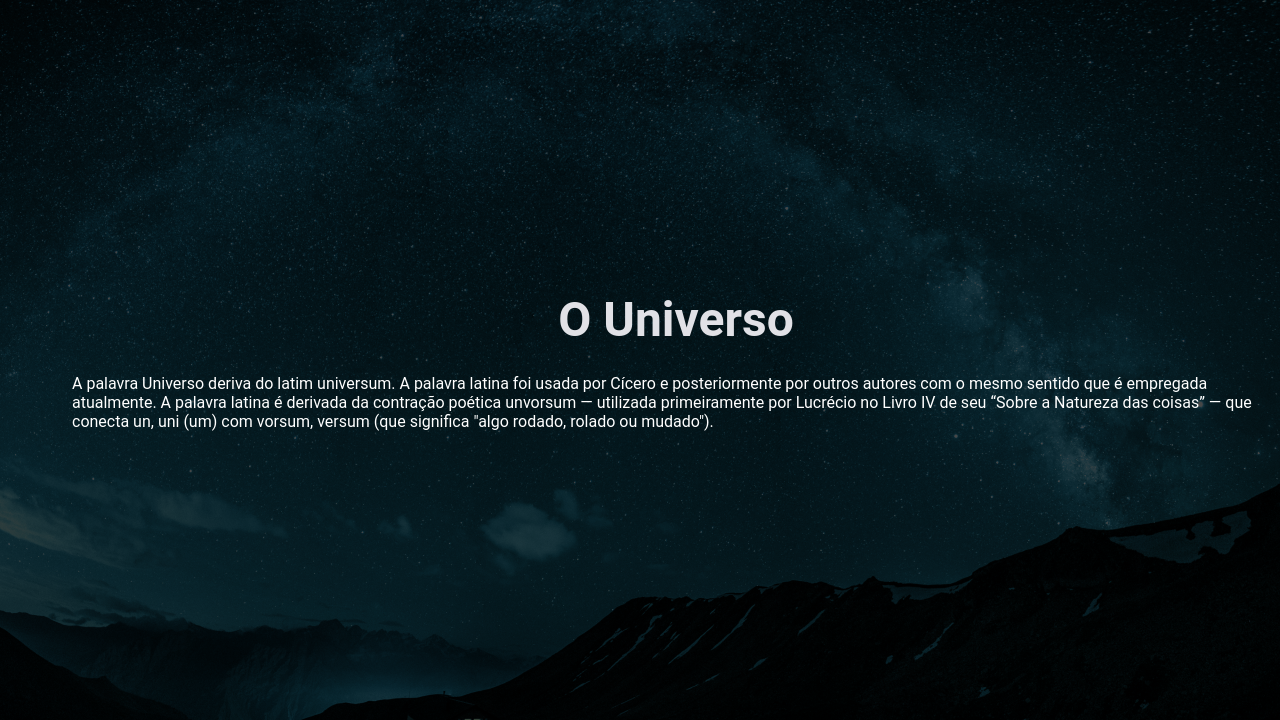
Repository: eltonneiferson/spaUniverse
Page: universe.html
The author's editor kept a copy of each file at every save. The page is drawn from the files as they stood at one save, then again after a run of saves.
The browser window is 1280 px wide. The pictures show the whole page.

Above is the page before, as saved 2022-10-26 22:56:40.

After the next 3 saves:
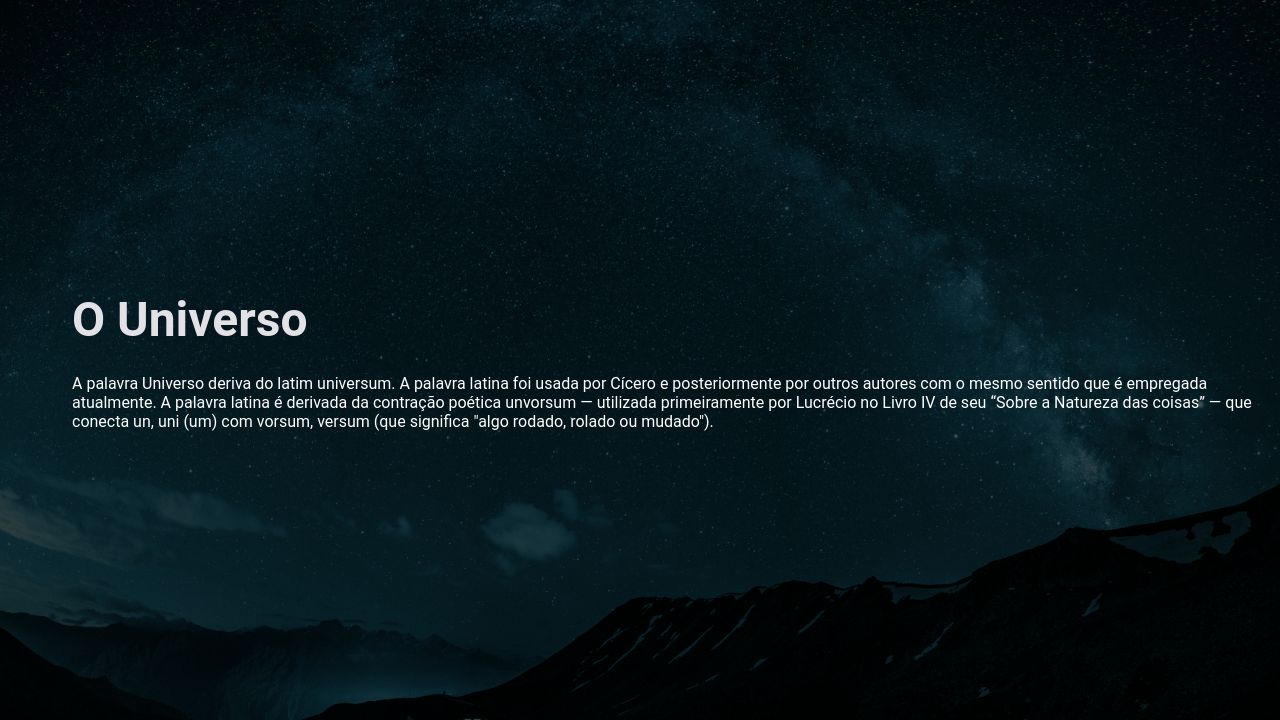
The 3 saves are shown as one change because they came seconds apart.
The last was saved 13 s later.
--- a/index.css
+++ b/index.css
@@ -57,7 +57,7 @@ main#universe {
     padding-left: 72px;
     display: flex;
     flex-direction: column;
-    align-items: right;
+    align-items: flex-start;
     justify-content: center;
 }
 
